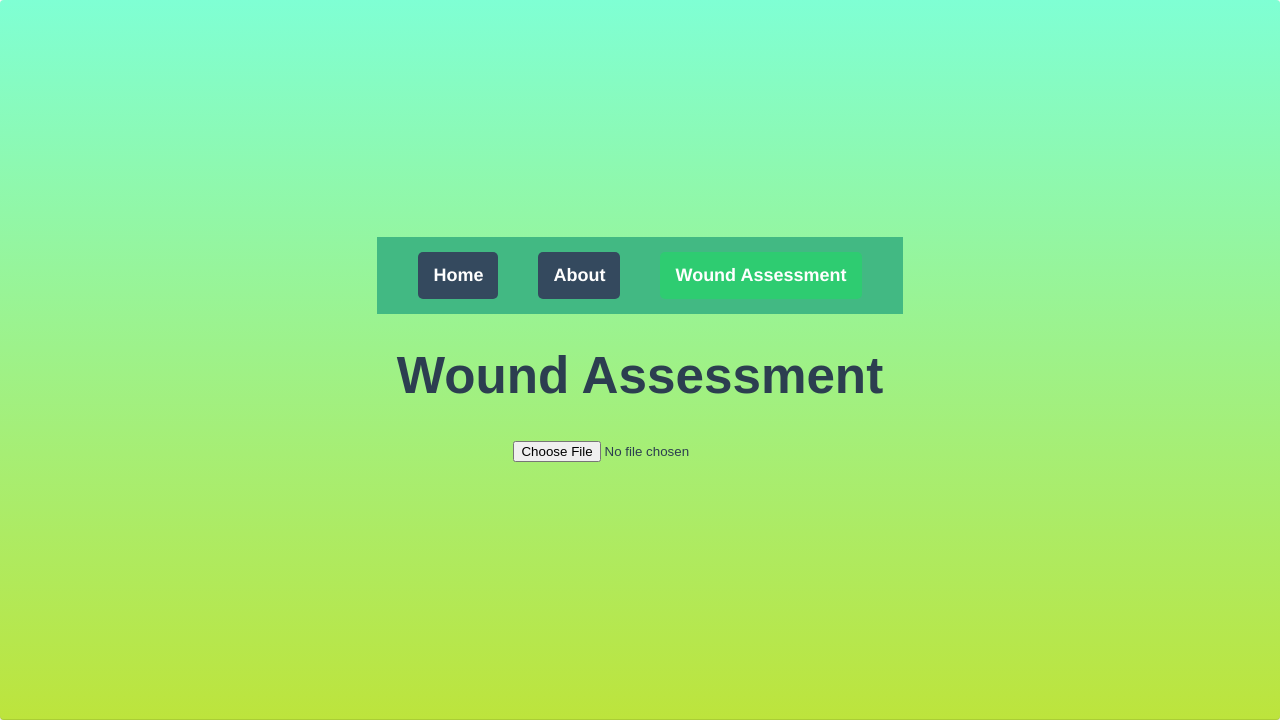
Repository: Jinwoo290350/Surgicare-Vue
Page: /wound-assessment (app in surgicare/)
An editor plug-in stored every save of this project. The page is shown before and after the next save, followed by the edit.
The browser window is 1280 px wide. The pictures show the whole page.
The project was rebuilt for these pictures with package versions that can differ from the ones it lists, and the page was loaded fresh each time. Also part of the build but not shown: surgicare/vite.config.js, surgicare/src/views/Home.vue, surgicare/src/views/About.vue.

Above is the page before, as saved 2024-11-26 19:52:41.

After the next save:
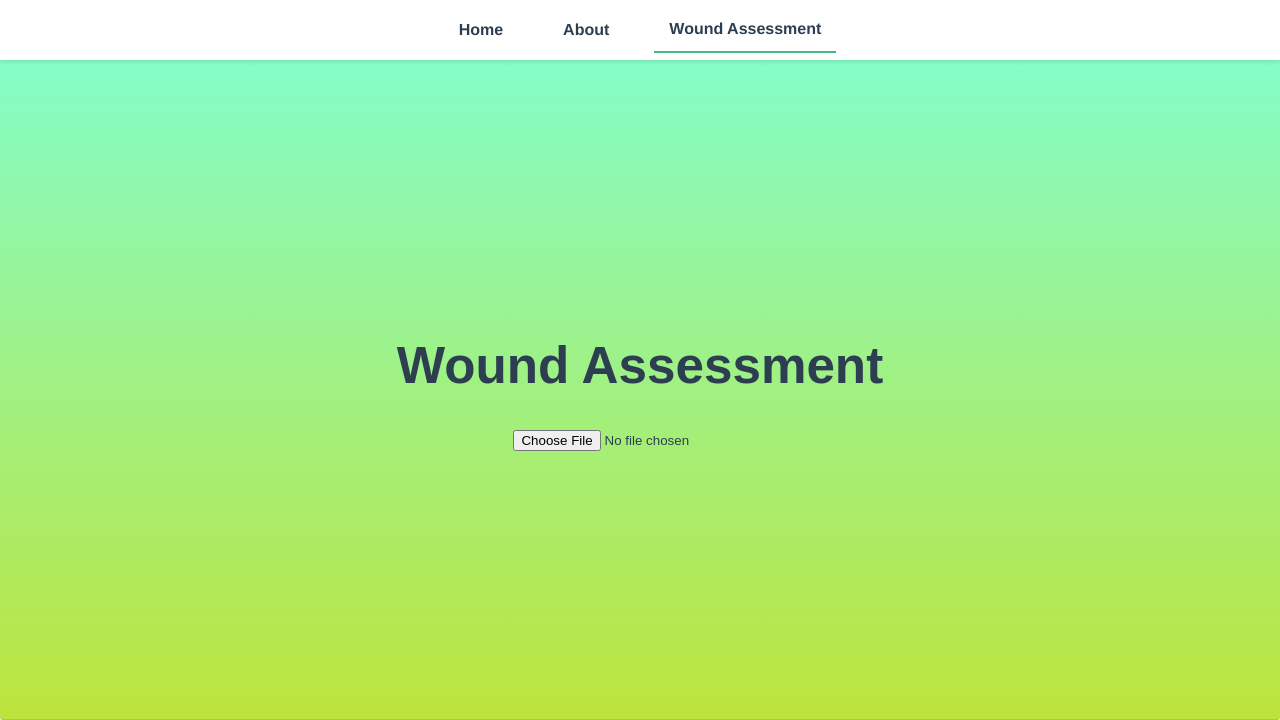
Saved 116 s later.
--- a/surgicare/src/App.vue
+++ b/surgicare/src/App.vue
@@ -20,38 +20,38 @@ export default {
   font-family: Avenir, Helvetica, Arial, sans-serif;
   text-align: center;
   color: #2c3e50;
+  padding-top: 60px; /* เพิ่มพื้นที่ให้เนื้อหาขยับลงด้านล่าง */
 }
 
 nav {
+  position: fixed; /* ยึดแถบด้านบนให้ติดกับหน้าเว็บ */
+  top: 0;
+  left: 0;
+  width: 100%; /* ให้แถบยืดเต็มความกว้าง */
+  height: 60px; /* ตั้งค่าความสูงของแถบ */
   display: flex;
   justify-content: center;
   align-items: center;
-  background-color: #42b983;
-  padding: 15px 0;
-  margin-bottom: 20px;
-  position: sticky; /* เพื่อให้ nav ติดด้านบน */
-  top: 0;
+  box-shadow: 0 2px 4px rgba(0, 0, 0, 0.1); /* เพิ่มเงาเล็กน้อย */
   z-index: 1000;
+  background-color: white; /* เพิ่มสีพื้นหลัง */
 }
 
 nav a {
-  margin: 0 20px;
-  color: white;
+  margin: 0 15px;
+  color: #2c3e50;
   text-decoration: none;
-  font-size: 18px;
+  font-size: 16px;
   font-weight: bold;
   padding: 10px 15px;
-  background-color: #34495e;
-  border-radius: 5px;
   transition: all 0.3s ease;
 }
 
 nav a:hover {
-  background-color: #1abc9c;
+  color: #1abc9c; /* เปลี่ยนสีข้อความเมื่อโฮเวอร์ */
 }
 
 nav a.router-link-exact-active {
-  background-color: #2ecc71;
-  color: white;
+  border-bottom: 2px solid #42b983; /* เพิ่มเส้นใต้แสดงหน้าปัจจุบัน */
 }
 </style>
